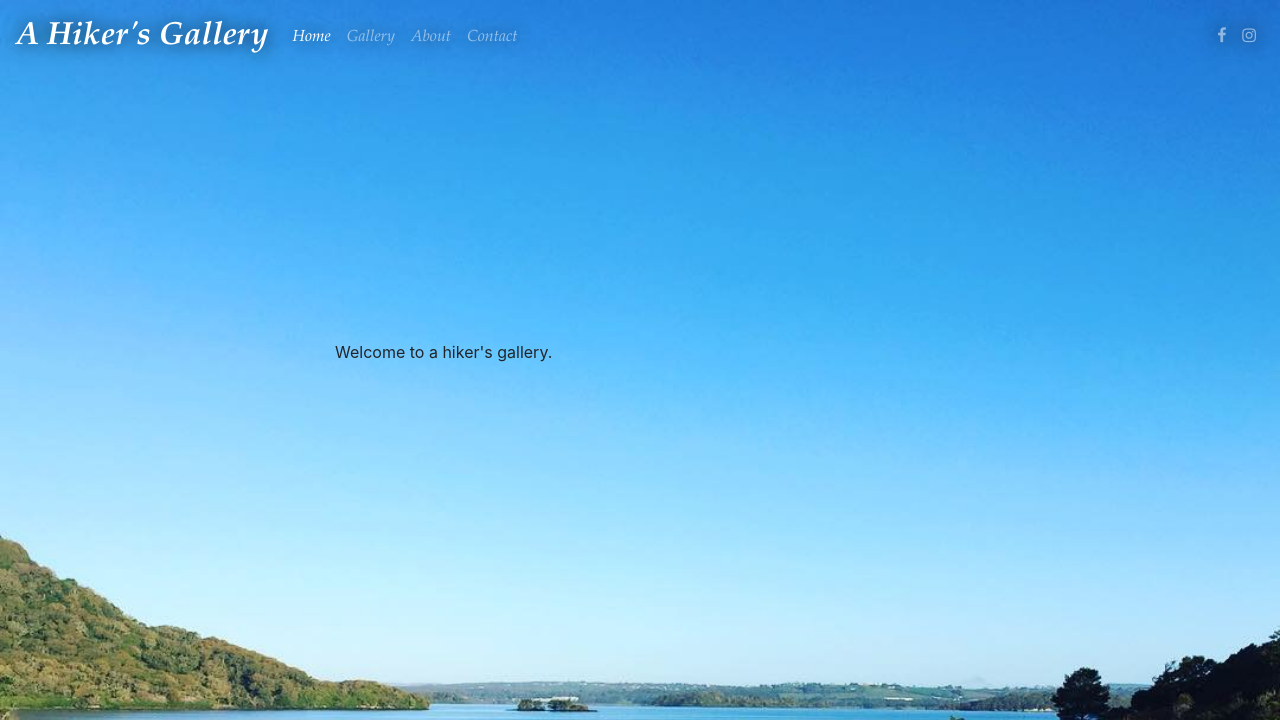
Repository: S-Perring/hiker
Page: index.html
The author's editor kept a record of every edit. The page is drawn from the files as they stood at one moment, then again after the next edit.
The browser window is 1280 px wide. The pictures show the whole page.

Above is the page before.

### index.html
<!DOCTYPE html>
<html lang="en">
<head>
    <meta charset="UTF-8">
    <meta name="viewport" content="width=device-width, initial-scale=1.0">
    <meta http-equiv="X-UA-Compatible" content="ie=edge">
    <link rel="stylesheet" href="https://stackpath.bootstrapcdn.com/bootstrap/4.3.1/css/bootstrap.min.css" type="text/css" />
    <link rel="stylesheet" href="https://stackpath.bootstrapcdn.com/font-awesome/4.7.0/css/font-awesome.min.css" type="text/css" />
    <link rel="stylesheet" href="https://cdnjs.cloudflare.com/ajax/libs/font-awesome/4.7.0/css/font-awesome.min.css">
    <link rel="stylesheet" href="css/style.css" type="text/css" />
    <title>Hiker's Gallery</title>
</head>

<body>

<header>
  <nav class="navbar fixed-top navbar-expand-sm navbar-dark scrolling-navbar">
    <a class="navbar-brand" href="#"><strong>A Hiker's Gallery</strong></a>
    <button class="navbar-toggler" type="button" data-toggle="collapse" data-target="#navbarSupportedContent"
      aria-controls="navbarSupportedContent" aria-expanded="false" aria-label="Toggle navigation">
      <span class="navbar-toggler-icon"></span>
    </button>
    <div class="collapse navbar-collapse" id="navbarSupportedContent">
      <ul class="navbar-nav mr-auto">
        <li class="nav-item active">
          <a class="nav-link" href="#">Home <span class="sr-only">(current)</span></a>
        </li>
        <li class="nav-item">
          <a class="nav-link" href="#">Gallery</a>
        </li>
        <li class="nav-item">
          <a class="nav-link" href="#">About</a>
        </li>
        <li class="nav-item">
          <a class="nav-link" href="#">Contact</a>
        </li>
      </ul>
      <ul class="navbar-nav nav-flex-icons">
        <li class="nav-item">
          <a class="nav-link"><i class="fa fa-facebook"></i></a>
        </li>
        <li class="nav-item">
          <a class="nav-link"><i class="fa fa-instagram"></i></a>
        </li>
      </ul>
    </div>
  </nav>

</header>

<section>
    <div class="main-pic">

        <div class=col-6>
            <p>Welcome to a hiker's gallery.</p>
        </div>
    </div>


</section>

<footer>

</footer>


</body>

</html>

### css/style.css
@import url('https://fonts.googleapis.com/css?family=Roboto:100,200,300,400,500,600,700|Exo:100,200,300,400,500,600,700');


.nav-link {
    font-family: Garamond;
    color: #f0ece1;
    font-weight: 200;
    font-style: italic;
}


.main-pic {
    background-image: url(../css/images/IMG_5437.JPG);
    background-size: cover;
    max-width: 100%;
    height: 100vh;
    padding: 0;
    display: flex;
    align-items: center;
    justify-content: center;
    position: relative;
    background-repeat: no-repeat;

}


.navbar-brand {
    font-family: Garamond;
    font-size: 2em;
    font-style: italic;
    color: #f0ece1;
    border-color: #f0ece1;
}

.explore {
    font-family: Garamond;
    text-align: center;
    font-style: italic;
    font-size: 2.5em;
    font-weight: bolder;
    color: #4B0082;

}


a {
    text-decoration: none;
    background-color: transparent;
    text-shadow: 0 0 20px black;
}

footer {
    padding-left: 10px;
    position: relative;
    font-family: Garamond;
    font-style: italic;
    color: #fff;
    font-size: .75em;
}

a:hover {
  text-decoration: none;
  text-transform: capitalize;
  color: #fff;

}

After the next edit:
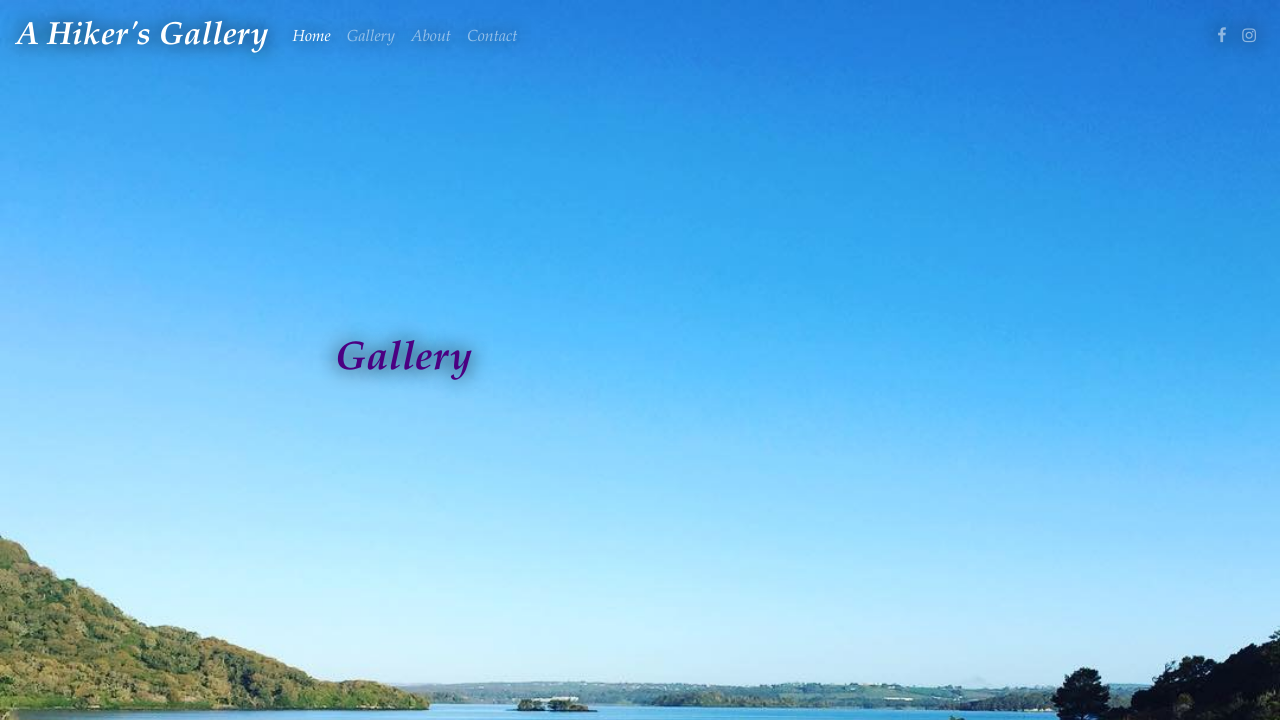
The edit:
--- a/index.html
+++ b/index.html
@@ -52,7 +52,7 @@
     <div class="main-pic">
 
         <div class=col-6>
-            <p>Welcome to a hiker's gallery.</p>
+            <a class="explore" href="gallery.html">Gallery</a>
         </div>
     </div>
 
